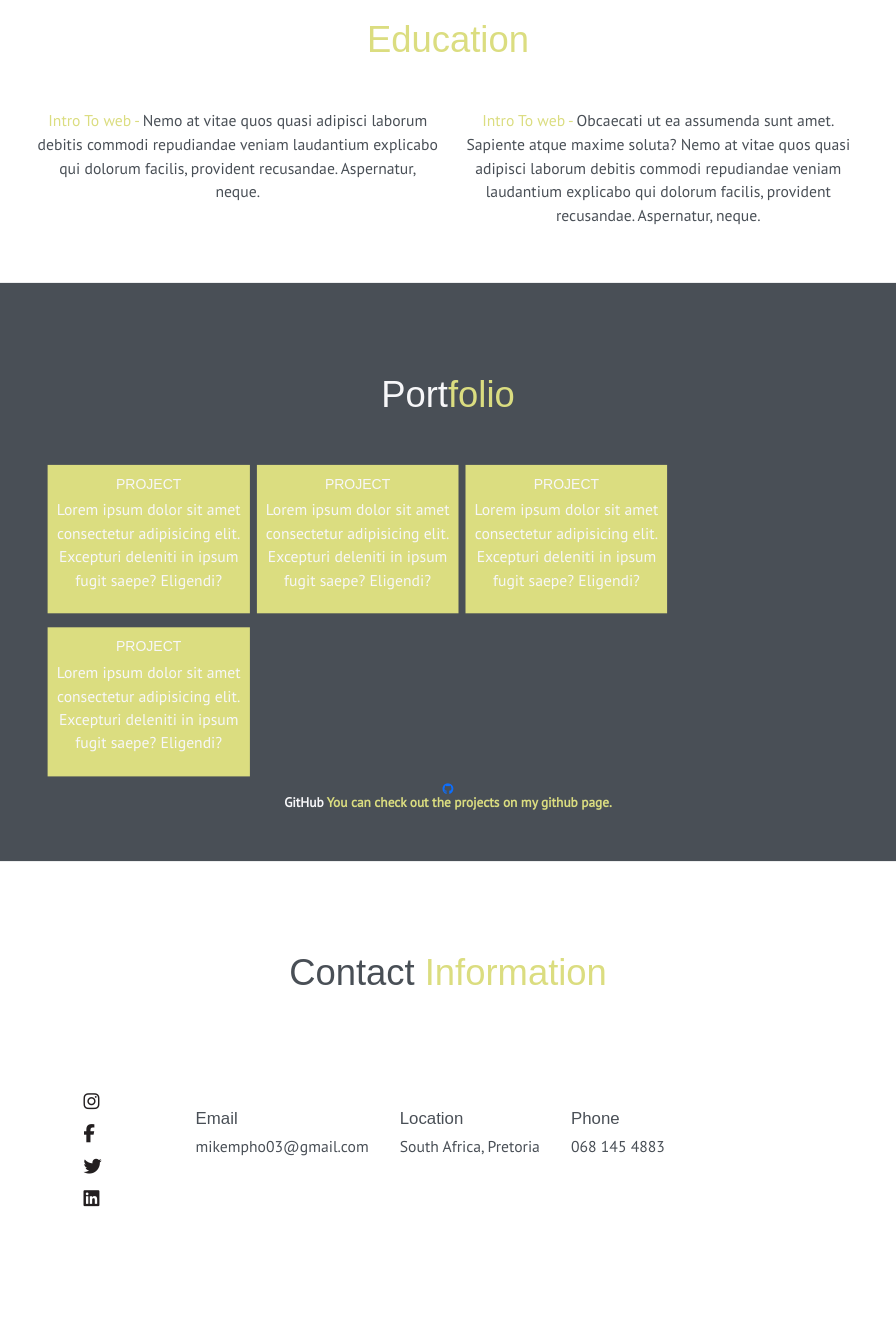
Repository: mikempho/resume10-Final
Page: resume10.html
The author's editor kept a copy of each file at every save. The page is drawn from the files as they stood at one save, then again after the next save.
The browser window is 1280 px wide. The pictures show the part of the page from y = 1623 to 3543 px (the page is 3519 px tall before and 3543 px after), at 70% of full size.
Some web fonts or font styles are not loaded; a fallback is used. Some web libraries are served in a nearby version.

Above is the page before, as saved 2022-05-19 09:22:01.

### resume10.html
<html lang="en">
<head>
    <meta charset="UTF-8">
    <meta http-equiv="X-UA-Compatible" content="IE=edge">
    <meta name="viewport" content="width=device-width, initial-scale=1.0">
    <title>Mike Matseane</title>
    <!-- CSS only -->
    <link href="https://cdn.jsdelivr.net/npm/bootstrap@5.2.0-beta1/dist/css/bootstrap.min.css" rel="stylesheet" integrity="sha384-0evHe/X+R7YkIZDRvuzKMRqM+OrBnVFBL6DOitfPri4tjfHxaWutUpFmBp4vmVor" crossorigin="anonymous">

    <!-- Google Font -->
    <link rel="preconnect" href="https://fonts.googleapis.com">
    <link rel="preconnect" href="https://fonts.gstatic.com" crossorigin>
    <link href="https://fonts.googleapis.com/css2?family=PT+Sans&family=Paytone+One&display=swap" rel="stylesheet">

    <!-- CSS StyleSheet -->
    <link rel="stylesheet" href="./css/style.css">
</head>
<body>
    <!-- landing Section -->
    <header id="header">

        <!-- navbar section -->
        <nav class="navbar navbar-expand-lg">
            <div class="container-fluid justify-content-end fixed-position">
                <button class="navbar-toggler" type="button" data-bs-toggle="collapse" data-bs-target="#navbarSupportedContent" aria-controls="navbarSupportedContent" aria-expanded="false" aria-label="Toggle navigation">
                    <span class="navbar-toggler-icon"></span>
                </button>
                <div class="collapse navbar-collapse text-center mt-5" id="navbarSupportedContent">
                    <ul id="my-nav" class="navbar-nav me-auto mb-2 mb-lg-0">
                        <li class="nav-item">
                            <a class="nav-link nav-names" aria-current="page" href="#contact-section">Contact</a>
                        </li>
                        <li class="nav-item">
                            <a class="nav-link nav-names" aria-current="page" href="#portfolio-section">Portfolio</a>
                        </li>
                        <li class="nav-item">
                            <a class="nav-link nav-names" aria-current="page" href="#about-me-section">About Me</a>
                        </li>
                    </ul>
                </div>
            </div>
        </nav>

        <!-- hero section -->
        <div class="container-fluid hero">
            <div class="row">
                <div class="content-box col-md-6 text-align-left">
                    <h1><span>Mike</span> Matseane</h1>
                    <p>I'm an innovative web developer and video editor located in South Africa, Pretoria.</p>
                    <div class="icon-box">
                        <h6>Socials</h6>
                        <!-- Social Icons -->
                        <a href="#"><i class="fa-brands fa-instagram"></i></a>
                        <a href="#"><i class="fa-brands fa-facebook-f"></i></a>
                        <a href="#"><i class="fa-brands fa-twitter"></i></a>
                        <a href="#"><i class="fa-brands fa-linkedin"></i></a>

                    </div>
                </div>
                <!-- Illustration -->
                <div class="hero-section-img col-md-6">
                    <img src="./assets/img/undraw_laravel_and_vue_-59-tp.svg" alt="">
                </div>
            </div>
        </div>
    </header>

    <main>

        <!-- skill-stacks-tools -->
        <section id="tech-stacks-tools">
            <h6 class="sub-heading">Tech stacks and tools I Use</h6>

            <!-- Bootstrap Carousel -->
            <div id="carouselExampleSlidesOnly" class="carousel slide" data-bs-ride="carousel">
                <div class="carousel-inner">
                  <!-- Html  -->
                  <div class="carousel-item active " >
                    <img src="./assets/img/html.png"  alt="...">
                    <h6>Html</h6>
                  </div>

                  <!-- Css  -->
                  <div class="carousel-item">
                    <img src="./assets/img/css.png"  alt="...">
                    <h6>CSS</h6>
                  </div>

                  <!-- Bootstrap  -->
                  <div class="carousel-item">
                    <img src="./assets/img/bootstrap-logo.png"  alt="...">
                    <h6>Bootstrap</h6>
                  </div>

                  <!-- Github  -->
                  <div class="carousel-item">
                    <img src="./assets/img/GitHub_logo.png"  alt="...">
                    <h6>Github</h6>
                  </div>

                  <!-- Visual Studio Code  -->
                  <div class="carousel-item ">
                    <img src="./assets/img/visual-studio-code.png" alt="...">
                    <h6>visual-studio-code</h6>
                  </div>

                </div>
              </div>
        </section>

        <!-- about me section -->
        <section id="about-me-section">
            <div class="container-fluid">
                <div class="row">
                    <div class="col-md-6">
                        <!-- add picture element -->
                        <img src="" alt="profile-picture">
                    </div>
                    <div class="col-md-6 content-box">
                        <h1>About <span>Me</span></h1>
                        <p>I'm a creative problem solver and aspiring software developer. I believe it is critical to continue to create and learn. I'm always on the lookout for opportunities to learn and grow at work and in my personal life, such as seminars, webinars, and workshops. I'm very enthusiastic about self-improvement and sharing what I've learned with others. I enjoy creating music, producing and editing video content in addition to coding.</p>
                    </div>
                </div>
            </div>
        </section>

        <!-- education section -->
        <section id="education-section">
            <h1><span>Education</span></h1>
            <div class="row">
                <div class="education-box col-sm-6">
                    <p><span>Intro To web -</span> Nemo at vitae quos quasi adipisci laborum debitis commodi repudiandae veniam laudantium explicabo qui dolorum facilis, provident recusandae. Aspernatur, neque.</p>
                </div>
                <div class="education-box col-sm-6">
                    <p><span>Intro To web - </span>Obcaecati ut ea assumenda sunt amet. Sapiente atque maxime soluta? Nemo at vitae quos quasi adipisci laborum debitis commodi repudiandae veniam laudantium explicabo qui dolorum facilis, provident recusandae. Aspernatur, neque.</p>
                </div>
            </div>
        </section>

        <!-- portfolio section -->
        <section id="portfolio-section">
            <div class="container-fluid">
                <h1>Port<span>folio</span></h1>
                <div class="row project-container">
                    <div class="project-box col-md-3 col-lg-3">
                        <h1>project</h1>
                        <p>Lorem ipsum dolor sit amet consectetur adipisicing elit. Excepturi deleniti in ipsum fugit saepe? Eligendi?</p>
                    </div>
                    <div class="project-box col-md-3 col-lg-3">
                        <h1>project</h1>
                        <p>Lorem ipsum dolor sit amet consectetur adipisicing elit. Excepturi deleniti in ipsum fugit saepe? Eligendi?</p>
                    </div>
                    <div class="project-box col-md-3 col-lg-3">
                        <h1>project</h4>
                        <p>Lorem ipsum dolor sit amet consectetur adipisicing elit. Excepturi deleniti in ipsum fugit saepe? Eligendi?</p>
                    </div>
                    <div class="project-box col-md-3 col-lg-3">
                        <h1>project</h1>
                        <p>Lorem ipsum dolor sit amet consectetur adipisicing elit. Excepturi deleniti in ipsum fugit saepe? Eligendi?</p>
                    </div>
                </div>

                <!-- Github link -->
                <a href="#"><i class="fa-brands fa-github"></i></a>
                <h6>GitHub <span>You can check out the projects on my github page.</span></h6>
            </div>
        </section>

        <!-- contact-section -->
        <section id="contact-section">
            <div class="container-fluid">
                <h1>Contact <span>Information</span></h1>
                <div class="contact-box row">

                    <!-- Social icons (Links) -->
                    <div class="social-icons col-md-2">
                        <a href="#"><i class="fa-brands fa-instagram"></i></a>
                        <a href="#"><i class="fa-brands fa-facebook-f"></i></a>
                        <a href="#"><i class="fa-brands fa-twitter"></i></a>
                        <a href="#"><i class="fa-brands fa-linkedin"></i></a>
                    </div>
                    <div class="contact-info col-md-10">
                        <!-- email -->
                        <div class="email">
                            <h4>Email</h4>
                            <p>mikempho03@gmail.com</p>
                        </div>

                        <!-- location -->
                        <div class="location">
                            <h4>Location</h4>
                            <p>South Africa, Pretoria</p>
                        </div>

                        <!-- Phone -->
                        <div class="phone">
                            <h4>Phone</h4>
                            <p>068 145 4883</p>
                        </div>
                    </div>
                </div>
                <h5 class="home"><a href="#header"><img src="./assets/img/arrow-up-solid.svg" alt=""></a></h5>
            </div>
        </section>
    </main>
    <!-- Font Awesome -->
    <script src="https://kit.fontawesome.com/80b57f53cf.js" crossorigin="anonymous"></script>

    <!-- JavaScript Bundle with Popper -->
    <script src="https://cdn.jsdelivr.net/npm/bootstrap@5.2.0-beta1/dist/js/bootstrap.bundle.min.js" integrity="sha384-pprn3073KE6tl6bjs2QrFaJGz5/SUsLqktiwsUTF55Jfv3qYSDhgCecCxMW52nD2" crossorigin="anonymous"></script>
</body>
</html>

### css/style.css
/* Universal */

body {
    margin: 0;
    box-sizing: border-box;
    color: #494F56;
    font-family: 'Paytone One', sans-serif;
    text-align: center;
}

h1 {
    font-size: 35px;
}

h6 {
    font-size: 13px;
    font-family: 'PT Sans', sans-serif;
    font-weight: bold;
}

p {
    font-size: 1rem;
    font-family: 'PT Sans', sans-serif;
}

span {
    color: #DBDD80;
}

a i:hover {
    color: #DBDD80;
    transition:0.6s;
    transform: translateY(-10px)
}

/* header section*/
#header {
    background-color: #EBEBEB;
}

/* navbar */
.nav-names {
    text-transform: uppercase;
    margin: 5px 0;
}

/* hero section */
.hero, #education-section{
    padding: 20% 4% 5% 4%;
}

.icon-box {
    margin: 15% 0;
}

#header i {
    font-size: 21px;
    margin: 5px 8px;
    color: #231F20;
    transition:1s;
}

.hero-section-img img {
    width: 250px;
}

/* skill-stacks-tools */
#tech-stacks-tools {
    background-color: #EBEBEB;

}

.carousel-item img {
    width: 100px;
    padding: 15px;
}

#tech-stacks-tools .sub-heading{
    text-transform: capitalize;
    padding: 20px;
}

/* about-me-section */
/* Dark Background */
#about-me-section, #portfolio-section{
    padding: 20% 4%;
    background-color: #494F56;
    color: #F7F7F9;
}

/* portfolio section */
.project-box {
    margin:10px 5px;
    padding: 15px 10px;
    background-color: #DBDD80;
}

.project-box h1 {
    text-transform: uppercase;
    font-size: 20px;
}

.project-container, .education-box{
    margin: 60px 0 0 0;
}

/* contact-section */
#contact-section {
    padding: 20% 4%;
}

.social-icons {
    margin: 10% 0 8% 0;
}

.contact-info {
    text-align: left;
    margin-left:5% ;
}

.social-icons i {
    font-size: 26px;
    margin: 5px 8px;
    color: #231F20;
    transition:1s;
}

.home img{
    width: 5%;
    transition:1s;
    position: absolute;
    right: 25px;
    top: 30rem;
    position: fixed;
}

.home img:hover {
    transition:0.6s;
    transform: translateY(-10px);
}

/* Tablet Responsive */
@media screen and (min-width:768px) {
    /* header section*/
    .navbar {
        padding: 30px 50px 5px  50px;
    }
    .content-box {
        text-align: left;
    }

    .hero {
        padding: 20% 8% 5% 10%;
    }

    #education-section, #about-me-section, #portfolio-section, #contact-section{
        padding: 10% 4% 5% 4%;
    }

    /* contact section */
    .social-icons a {
        display: block;
        width: 10%;
        padding-top: 10px ;
    }

    .social-icons {
        padding-left: 60px;
    }

    .contact-info div{
        display: inline-block;
        margin: 0 20px;
    }

   .contact-info {
       margin-left: 0%;
   }

   #contact-section .row {
       align-items: center;
   }

}

/* Laptop and desktop Responsive */

@media screen and (min-width:992px){

    /* font resize */
    h1 {
        font-size: 52px;
    }

    h6 {
        font-size: 19px;

    }

    p {
        font-size: 1.4rem;
    }

    /* header */
    #my-nav {
        justify-content: space-around;
        width: 100%;
        background-color: #EBEBEB;
    }

    .navbar {
        padding: 0px 70px;
    }
}

After the next save:
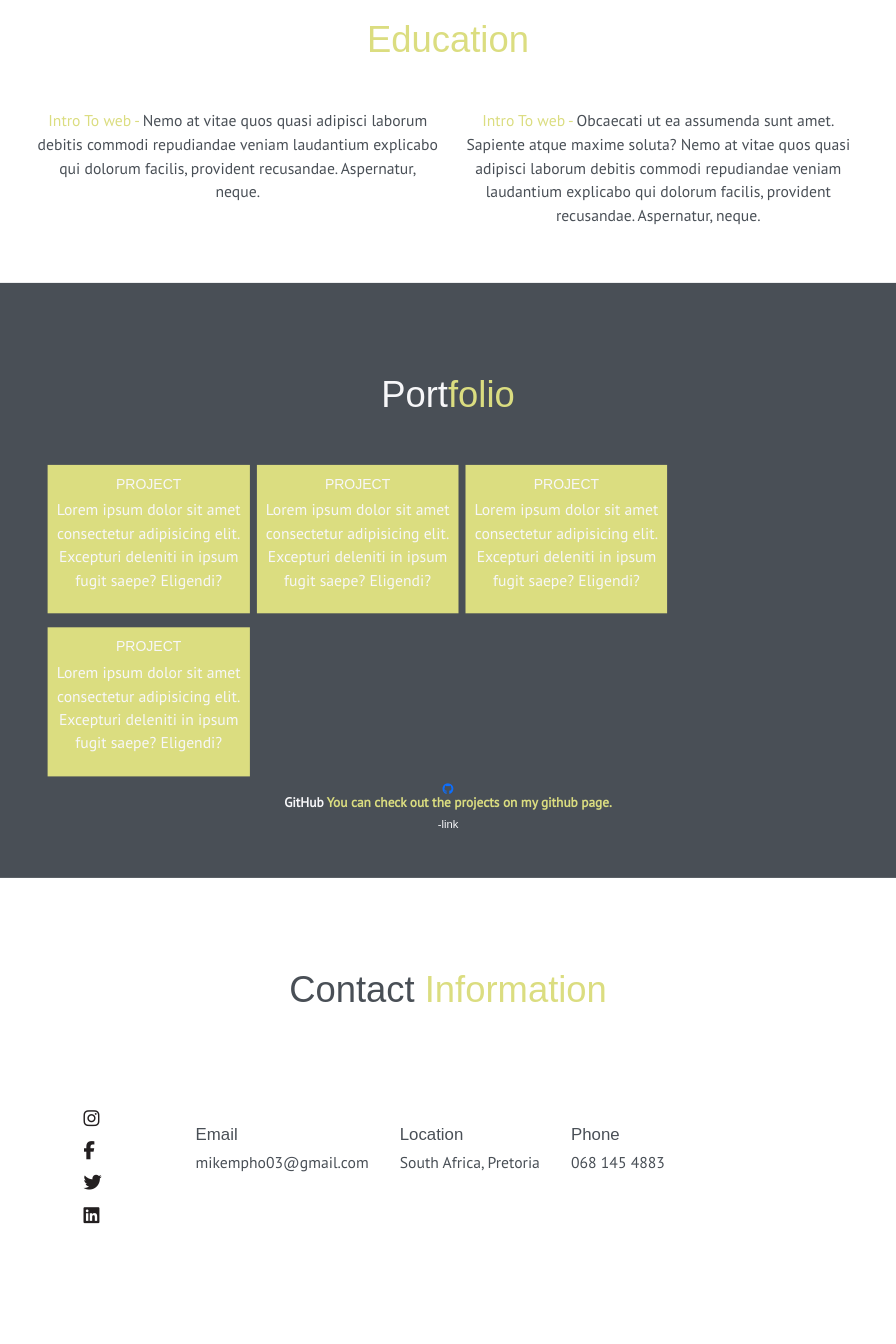
Saved 7 h 17 min later.
--- a/resume10.html
+++ b/resume10.html
@@ -161,8 +161,10 @@
                 </div>
 
                 <!-- Github link -->
-                <a href="#"><i class="fa-brands fa-github"></i></a>
-                <h6>GitHub <span>You can check out the projects on my github page.</span></h6>
+                <div class="github-link">
+                    <a href="#"><i class="fa-brands fa-github"></i></a>
+                    <h6>GitHub <span>You can check out the projects on my github page.</span></h6>
+                </div>-link
             </div>
         </section>
 

After the save that followed:
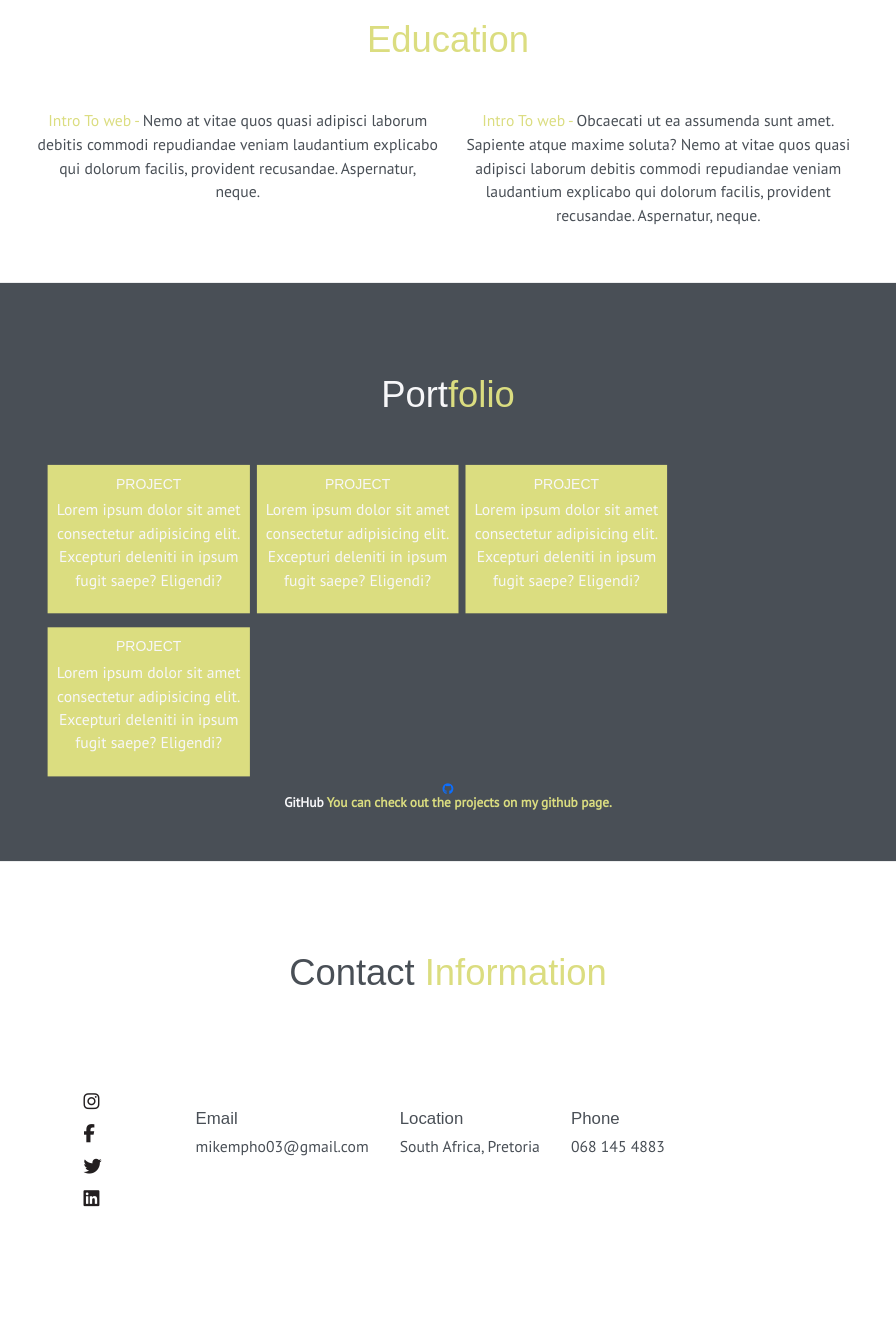
Saved 6 min 55 s later.
--- a/resume10.html
+++ b/resume10.html
@@ -164,7 +164,7 @@
                 <div class="github-link">
                     <a href="#"><i class="fa-brands fa-github"></i></a>
                     <h6>GitHub <span>You can check out the projects on my github page.</span></h6>
-                </div>-link
+                </div>
             </div>
         </section>
 
